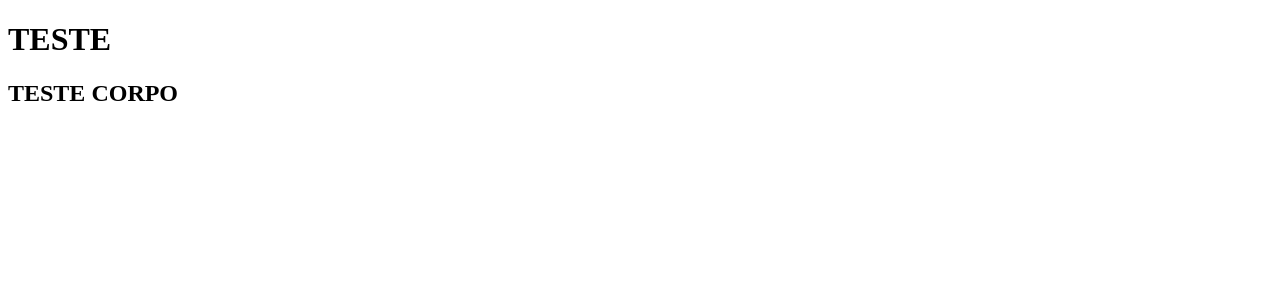
Repository: danieltrancozo/danieltrancozo.github.io
Page: index.html
The author's editor kept a copy of each file at every save. The page is drawn from the files as they stood at one save, then again after the next save.
The browser window is 1280 px wide. The pictures show the whole page.

Above is the page before, as saved 2021-05-04 22:17:24.
Not found: estilo3.css

### index.html
<!DOCTYPE html>
<meta charset="UFT-8">
<meta name="lenguage" content="pt-br">
<meta name="autor" content="Daniel Trancozo Vianna">
<meta name="description" content="Portifolio de Desenvolvedor Web">
<meta name="keywords" content="HTML, CSS, JS, web development, portifolio">
<html>

<head>
    <title>Minha P&aacutegina</title>
    <link rel="stylesheet" type="text/css" href="/estilo3.css">
    <link rel="preconnect" href="https://fonts.gstatic.com">
    <link href="https://fonts.googleapis.com/css2?family=Playfair+Display&family=Roboto+Slab&display=swap" rel="stylesheet">
    <script>
    </script>
</head>
<body>
    <div class="container">
        <div class="cab">
            <h1 style="text-transform: uppercase;">
                teste
            </h1>
        </div>
        <div class="corp">
            <h2 style="text-transform: uppercase;">teste corpo</h2>
        </div>
    </div>
    <div class="t2"></div>
</body>
</html>

### css/estilo3.css
@import url('https://fonts.googleapis.com/css2?family=Playfair+Display&family=Roboto+Slab&display=swap');
* {
    margin: 0;
    padding: 0;
}
body{
    background-color: rgba(0, 0, 0, 0.863);
    color: antiquewhite;
    text-align: center;
}
.container{
    background-color: transparent;
    display: flex;
    flex-direction: column;
}
.cab{
    background-color: black;
    color: silver;
    font-family: 'Playfair Display', serif;
    height: 10%;
}
.corp{
    background-color: rgb(44, 44, 44);
    color: ghostwhite;
    font-family: 'Roboto Slab', serif;
    height: 90%;
}
.t2{
    background-color: transparent;
    width: 100%;
    height: 100%;
    visibility: hidden;
}

After the next save:
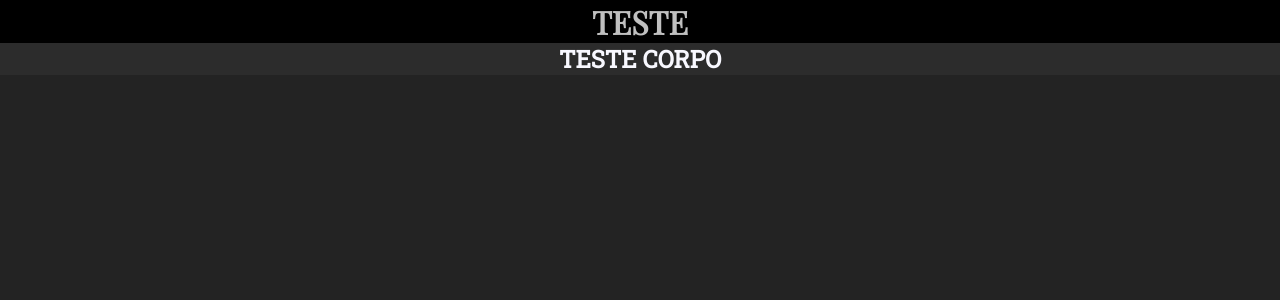
Saved 7 s later.
--- a/index.html
+++ b/index.html
@@ -8,7 +8,7 @@
 
 <head>
     <title>Minha P&aacutegina</title>
-    <link rel="stylesheet" type="text/css" href="/estilo3.css">
+    <link rel="stylesheet" type="text/css" href="css/estilo3.css">
     <link rel="preconnect" href="https://fonts.gstatic.com">
     <link href="https://fonts.googleapis.com/css2?family=Playfair+Display&family=Roboto+Slab&display=swap" rel="stylesheet">
     <script>
